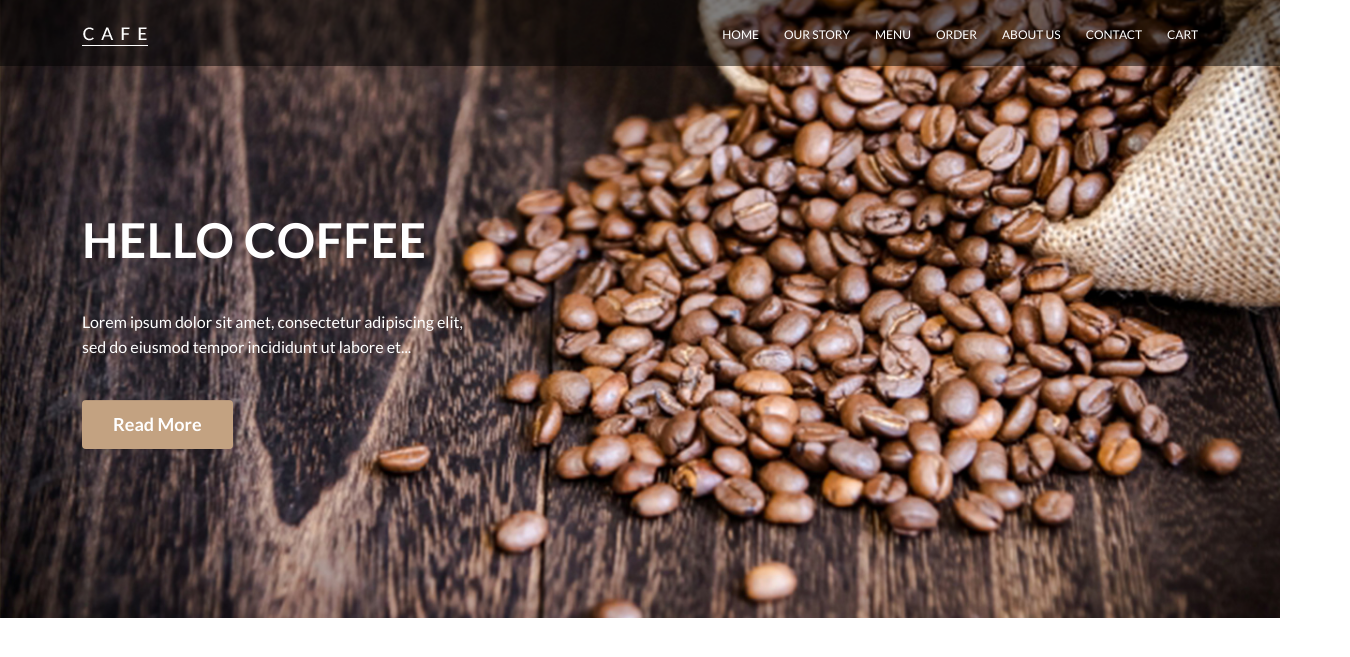
Repository: kuluong2000/coffe
Page: index.html
An editor plug-in stored every save of this project. The page is shown before and after the next save, followed by the edit.
The browser window is 1280 px wide. The page is 1280 px wide, then 1350 px, so the pictures cover 1350 px, including what lies to the right of the window. The pictures show the whole page.

Above is the page before, as saved 2021-10-04 20:53:56.

### index.html
<!DOCTYPE html>
<html lang="en">
  <head>
    <meta charset="UTF-8" />
    <meta http-equiv="X-UA-Compatible" content="IE=edge" />
    <meta name="viewport" content="width=device-width, initial-scale=1.0" />
    <link rel="stylesheet" href="./libs/css/bootstrap.min.css" />
    <link rel="stylesheet" href="./libs/css/animate.css" />
    <link rel="stylesheet" href="./libs/css/slick-theme.css" />
    <link rel="stylesheet" href="./libs/css/slick.css" />
    <link rel="stylesheet" href="./Assets/css/reset.css" />
    <link rel="stylesheet" href="./Assets/css/style.css" />
    <link rel="stylesheet" href="./Assets/css/responsive.css" />
    <title>Document</title>
  </head>
  <body>
    <header class="header">
      <div class="container">
        <div class="row">
          <div class="header-main">
            <div class="header-menu">
              <a href="#">
                <img src="./Assets/image/logo.png" alt="" srcset="" />
              </a>
            </div>
            <nav>
              <ul class="header-menu">
                <li class="header-menu-item"><a href="#" class="header-menu-link">Home</a></li>
                <li class="header-menu-item"><a href="#" class="header-menu-link">Our Story</a></li>
                <li class="header-menu-item"><a href="#" class="header-menu-link">Menu</a></li>
                <li class="header-menu-item"><a href="#" class="header-menu-link">Order</a></li>
                <li class="header-menu-item"><a href="#" class="header-menu-link">About Us</a></li>
                <li class="header-menu-item"><a href="#" class="header-menu-link">Contact</a></li>
                <li class="header-menu-item"><a href="#" class="header-menu-link">Cart</a></li>
              </ul>
            </nav>
          </div>
        </div>
      </div>
    </header>
    <main>
      <section class="banner">
        <div class="banner-img">
          <img src="./Assets/image/banner.jpg" alt="" srcset="" />
        </div>
        <div class="container">
          <div class="row">
            <div class="banner-main">
              <div class="banner-content">
                <h1 class="banner-heading">HELLO COFFEE</h1>
                <p class="banner-desc">Lorem ipsum dolor sit amet, consectetur adipiscing elit, sed do eiusmod tempor incididunt ut labore et...</p>
                <a href="#" class="btn"> Read More </a>
              </div>
            </div>
          </div>
        </div>
      </section>
    </main>

    <script src="./libs/Js/jquery-3.5.1.slim.min.js"></script>
    <script src="./libs/Js/bootstrap.min.js"></script>
    <script src="./libs/Js/slick.min.js"></script>
    <script src="./libs/Js/wow.js"></script>
  </body>
</html>

### Assets/css/reset.css
html, body, div, span, applet, object, iframe,
h1, h2, h3, h4, h5, h6, p, blockquote, pre,
a, abbr, acronym, address, big, cite, code,
del, dfn, em, img, ins, kbd, q, s, samp,
small, strike, strong, sub, sup, tt, var,
b, u, i, center,
dl, dt, dd, ol, ul, li,
fieldset, form, label, legend,
table, caption, tbody, tfoot, thead, tr, th, td,
article, aside, canvas, details, embed,
figure, figcaption, footer, header, hgroup,
menu, nav, output, ruby, section, summary,
time, mark, audio, video {
	margin: 0;
	padding: 0;
	border: 0;
	font-size: 100%;
	vertical-align: baseline;
}
/* HTML5 display-role reset for older browsers */
article, aside, details, figcaption, figure,
footer, header, hgroup, menu, nav, section {
	display: block;
}
* {
	box-sizing: border-box;
}
body {
	line-height: 1;
  font-family: 'Muli', sans-serif;


  font-style: normal;
  font-weight: normal;
  font-size: 16px;
  line-height: 32px;
}
ol, ul {
	list-style: none;
}
blockquote, q {
	quotes: none;
}
blockquote:before, blockquote:after,
q:before, q:after {
	content: '';
	content: none;
}
table {
	border-collapse: collapse;
	border-spacing: 0;
}

img {
  max-width: 100%;
	vertical-align: bottom;
}
a {
	outline: none;
}

### Assets/css/style.css
@import url('https://fonts.googleapis.com/css2?family=Lato:ital,wght@0,400;0,700;0,900;1,300;1,400;1,700;1,900&display=swap');
body{
    font-family: 'Lato', sans-serif;
    font-size: 16px;
    line-height: 1.6;
    color: #3d3d3d;
    font-weight: 400;
}
.header{
    position: absolute;
    width: 100%;
    background-color: rgba(0,0,0 , 0.5);
    padding: 20px 0 20px;
    z-index: 99;
}
.header-main{
    display:flex;
    justify-content: space-between;
    align-items: center;
}
.header-menu{
    display:flex;
    justify-content: space-between;
    align-items: center;
}
.header-menu-item{
    list-style-type: none;
}
.header-menu-item:not(:first-child){
    margin-left: 25px;
}
.header-menu-link{
    position: relative;
    color: white;
    text-transform: uppercase;
    text-decoration: none;
    font-size: 12px;
    padding-bottom: 7px;

}
.header-menu-link::before{
    content: '';
    position: absolute;
    bottom: 0;
    left:  0;
    height: 2px;
    width: 100%;
    background-color: #c3a281;
    transform: scale(0);
    transition: 0.5s;
    transform-origin: right;
}
.header-menu-link:hover,
.header-menu-link:hover::before{
    color: #c3a281;
    transform: scale(1);
}
.banner{
    position: relative;
    min-height: 660px;
}
.banner-img{
    position: relative;
    z-index: -1;
    object-fit: cover;
    width: 100%;
}
.banner-img img{
    width: 100%;
}

.banner-main{
    position: absolute;
    left: auto;
    top: 50%;
    transform: translateY(-50%);
    color: white;
    width: max-content;
}

.banner-heading{
    font-weight: bold;
    font-size: 48px;
    letter-spacing: 0.5px;
    margin-bottom: 40px;
}
.banner-desc{
    width: 390px;
    margin-bottom: 40px;
}
.btn{
    font-size: 18px;
    color: white;
    font-weight: 600;
    padding: 10px 30px;
    background-color: #c3a281;
}
.btn:hover{
    color: white;
}

### Assets/css/responsive.css
@media (min-width:1400px){
    .container{
        max-width: 1170px;
    }
}

Loaded but not shown: libs/css/bootstrap.min.css (library); libs/css/animate.css (library); libs/css/slick-theme.css (library); libs/css/slick.css (common file); libs/Js/jquery-3.5.1.slim.min.js (library); libs/Js/bootstrap.min.js (library); libs/Js/slick.min.js (library); libs/Js/wow.js (library)

After the next save:
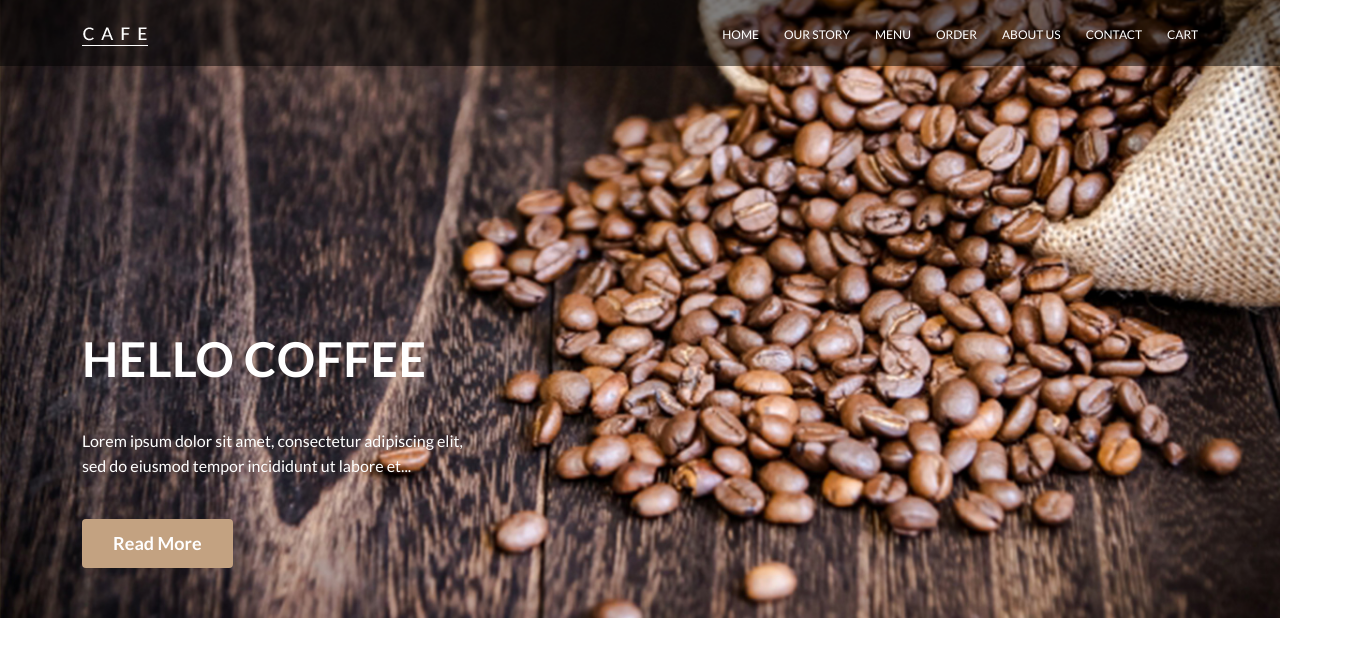
Saved 34 s later.
--- a/Assets/css/style.css
+++ b/Assets/css/style.css
@@ -73,9 +73,8 @@ body{
     position: absolute;
     left: auto;
     top: 50%;
-    transform: translateY(-50%);
     color: white;
-    width: max-content;
+
 }
 
 .banner-heading{
